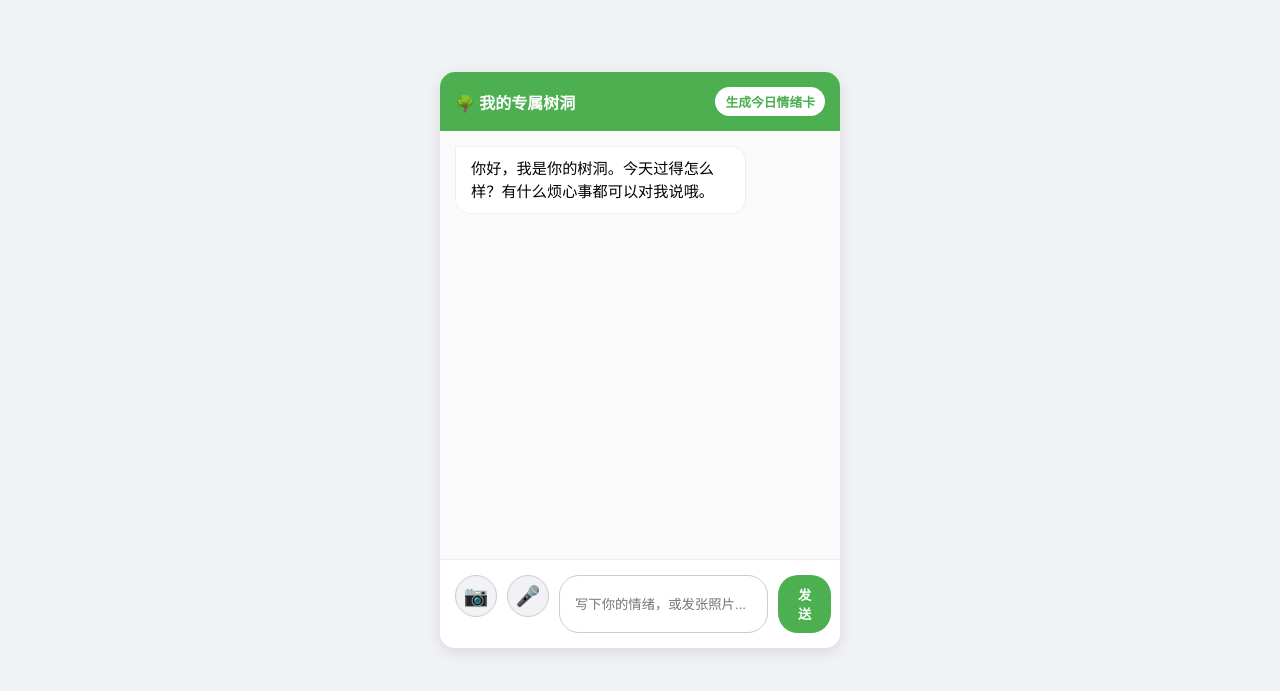
Repository: QinghuaSun1127/Tree_house
Page: index.html
An editor plug-in stored every save of this project. The page is shown before and after the next save, followed by the edit.
The browser window is 1280 px wide. The pictures show the whole page.

Above is the page before, as saved 2026-04-09 23:21:41.

After the next save:
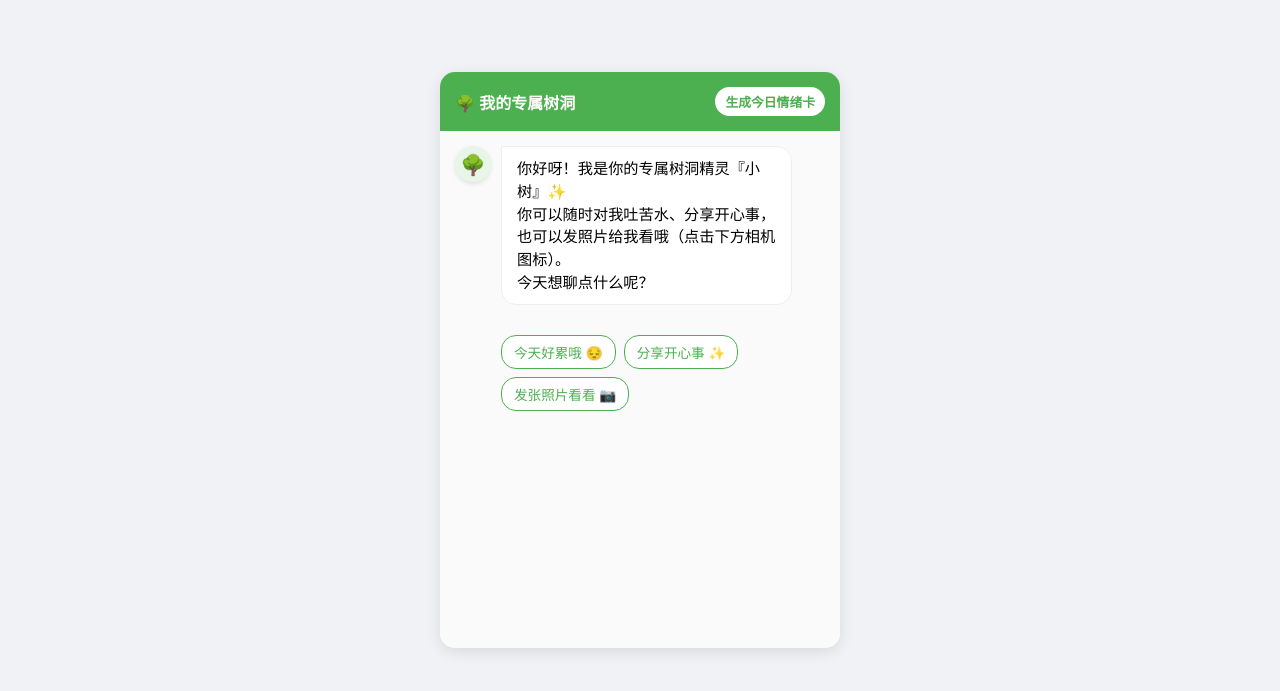
Saved 98 min 31 s later.
--- a/index.html
+++ b/index.html
@@ -213,15 +213,19 @@
             <button class="summary-btn" onclick="getSummary()">生成今日情绪卡</button>
         </div>
         <div class="chat-box" id="chatBox">
-            <div class="message ai-message">你好，我是你的树洞。今天过得怎么样？有什么烦心事都可以对我说哦。</div>
-        </div>
-        <div class="input-area">
-            <input type="file" id="imageInput" accept="image/*" style="display: none;" onchange="previewImage()">
-            <button class="upload-btn" onclick="document.getElementById('imageInput').click()">📷</button>
-            <button class="upload-btn" id="micBtn" onclick="toggleVoice()" title="点击开始/停止说话">🎤</button>
-
-            <input type="text" id="userInput" placeholder="写下你的情绪，或发张照片..." onkeypress="handleKeyPress(event)">
-            <button class="send-btn" onclick="sendMessage()">发送</button>
+            <div class="message-wrapper ai-wrapper">
+                <div class="avatar ai-avatar">🌳</div>
+                <div class="message ai-message">
+                    你好呀！我是你的专属树洞精灵『小树』✨<br>
+                    你可以随时对我吐苦水、分享开心事，也可以发照片给我看哦（点击下方相机图标）。<br>
+                    今天想聊点什么呢？
+                </div>
+            </div>
+            <div class="quick-replies" id="quickReplies">
+                <button class="quick-btn" onclick="sendQuickReply('哎，我今天真的好累哦😔')">今天好累哦 😔</button>
+                <button class="quick-btn" onclick="sendQuickReply('遇到一件超开心的事情！✨')">分享开心事 ✨</button>
+                <button class="quick-btn" onclick="document.getElementById('imageInput').click()">发张照片看看 📷</button>
+            </div>
         </div>
         <div id="imagePreviewContainer" style="display: none; padding: 0 15px 10px; background: white;">
             <img id="imagePreview" style="max-height: 60px; border-radius: 8px; border: 1px solid #ccc;">
